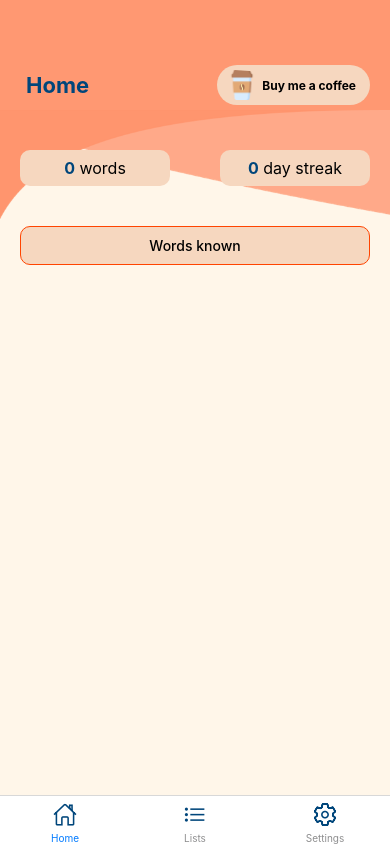
Repository: David-Waite/SpellingApp
Screen: /
An editor plug-in stored every save of this project. The screen is shown before and after the next save, followed by the edit.
The app was drawn by React Native's web renderer in a window 390 px wide. The project was rebuilt for these pictures with package versions that can differ from the ones it lists, and the page was loaded fresh each time. Also part of the build but not shown: screens/Settings.js, screens/SpellWord.js, screens/WordsLearnt.js, screens/WordListOverview.js, screens/WordLists.js, screens/Donate.js.

Above is the screen before, as saved 2023-06-22 22:29:52.

After the next save:
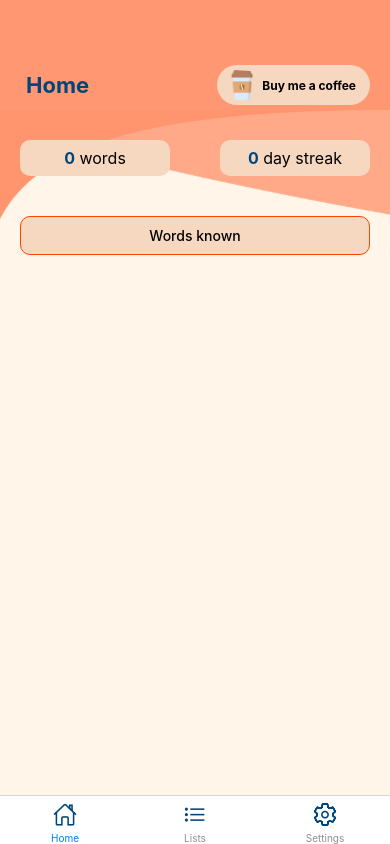
Saved 8 s later.
--- a/screens/Home.js
+++ b/screens/Home.js
@@ -45,7 +45,7 @@ const styles = StyleSheet.create({
   },
   container: {
     padding: 20,
-    paddingTop: 40,
+    paddingTop: 30,
   },
   ImageBackground: {
     resizeMode: "contain",
